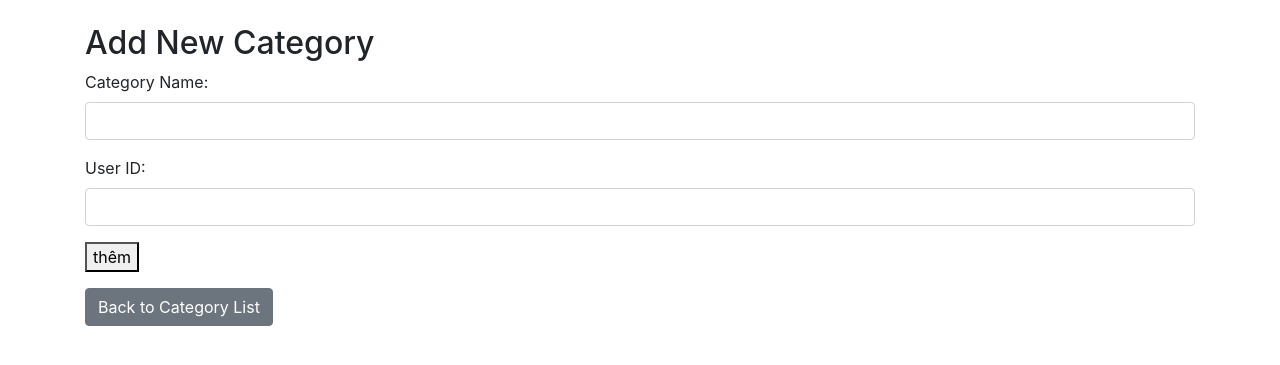
Repository: PhanVanHoa051204/Project3
Page: http://localhost/Project3/ChiTieu/addcategory.jsp
An editor plug-in stored every save of this project. The page is shown before and after the next save, followed by the edit.
The browser window is 1280 px wide. The pictures show the whole page.
The page is served by Tomcat 9. Queries for data that is not in the repository find no rows.

Above is the page before, as saved 2025-03-08 01:33:22.

After the next save:
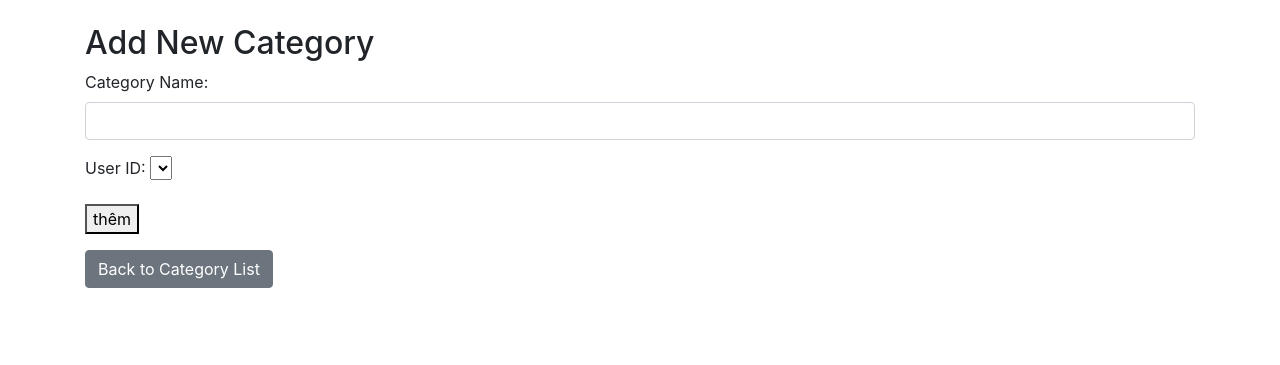
Saved 95 s later.
--- a/PhanVanHoa_2210900023_K22CNT1/Project3/src/main/webapp/ChiTieu/addcategory.jsp
+++ b/PhanVanHoa_2210900023_K22CNT1/Project3/src/main/webapp/ChiTieu/addcategory.jsp
@@ -1,5 +1,6 @@
 <%@ page language="java" contentType="text/html; charset=UTF-8" pageEncoding="UTF-8"%>
-<%@ page import="java.util.List, com.financemanager.model.Category, com.financemanager.dao.CategoryDAO" %>
+<%@ page
+	import="com.financemanager.dao.CategoryDAO,com.financemanager.dao.UserDao, com.financemanager.model.Category,com.financemanager.model.User , java.util.*"%>
 <!DOCTYPE html>
 <html lang="en">
 <head>
@@ -20,9 +21,16 @@
         </div>
 
         <div class="form-group">
-            <label for="user_id">User ID:</label>
-            <input type="number" class="form-control" id="user_id" name="user_id" required>
-        </div>
+			<label for="user_id">User ID:</label> <select id="user_id"
+				name="user_id">
+				<% List<User> listUser = UserDao.getAllUsers();
+            	for(User user : listUser ){
+            	%>
+				<option value="<%= user.getUserId()%>"><%= user.getUserId()%></option>
+				<%} %>
+			</select>
+
+		</div>
 
         <button type = "submit">thêm</button>
     </form>
